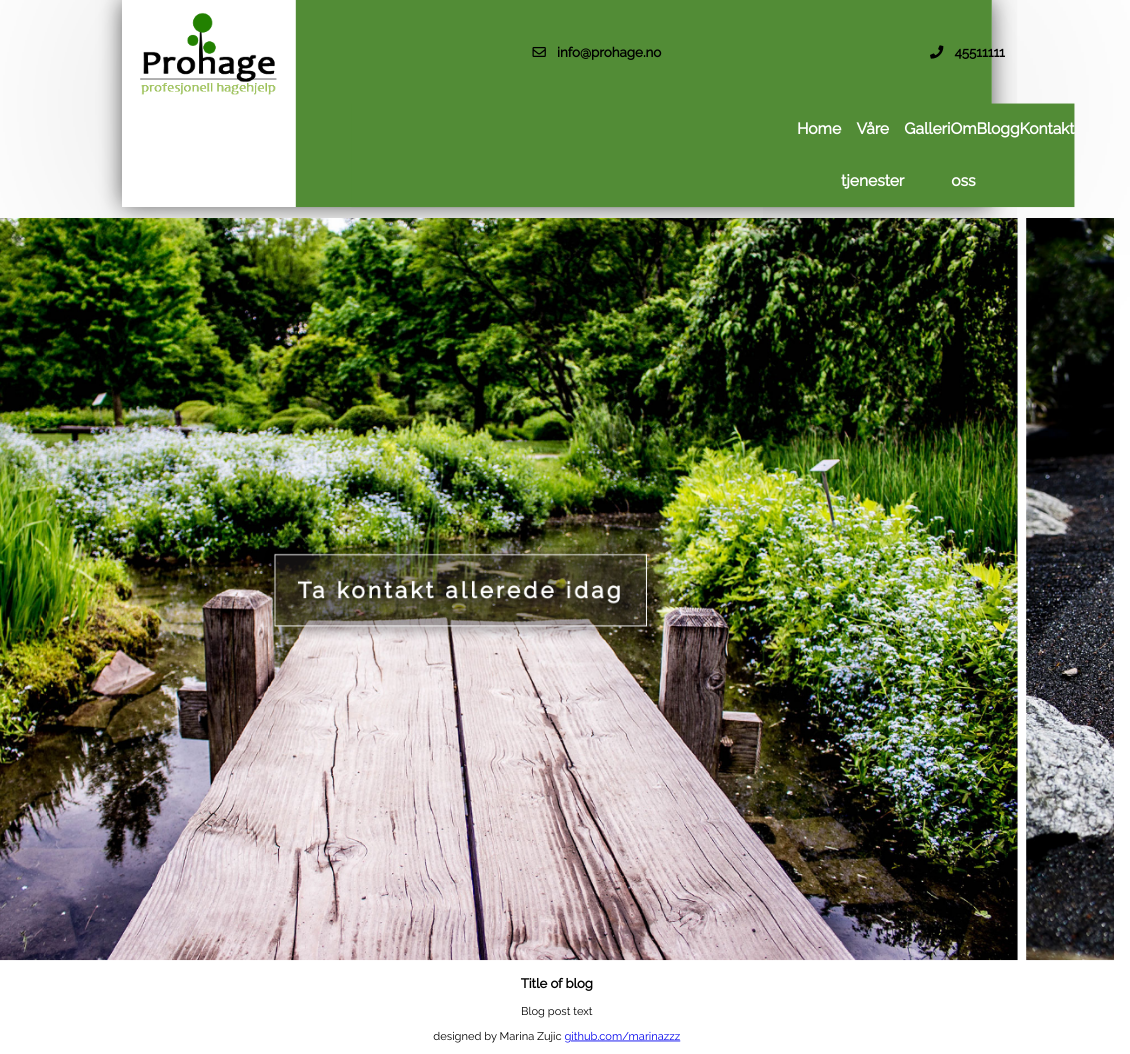
Repository: marinazzz/garden-design-website
Page: index.html
The author's editor kept a copy of each file at every save. The page is drawn from the files as they stood at one save, then again after the next save.
The browser window is 1280 px wide. The page is 1299 px wide, then 1280 px, so the pictures cover 1299 px, including what lies to the right of the window. The pictures show the whole page, at 87% of full size.

Above is the page before, as saved 2020-03-31 08:31:39.

After the next save:
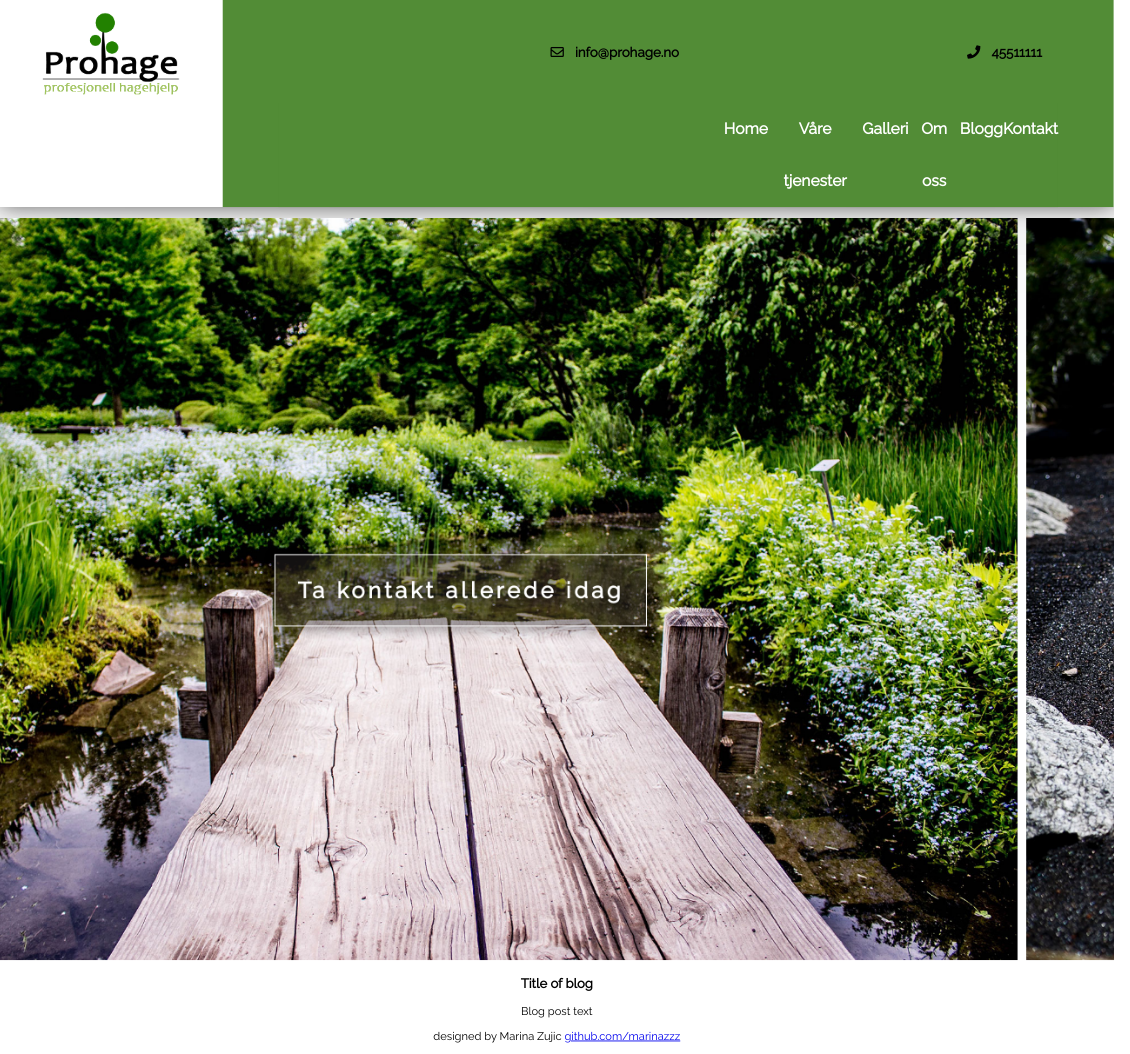
Saved 2 min 37 s later.
--- a/CSS/min-width-992px.css
+++ b/CSS/min-width-992px.css
@@ -10,7 +10,7 @@
     }*/
 
     .container__menu {
-        max-width: 1000px;
+        max-width: 1500px;
         margin: 0 auto;
     }
 
@@ -18,10 +18,16 @@
         width: auto;
     }
 
+    .container__item > a:first-of-type {
+        padding: 0 13rem;
+    }
+
     .container__item-bottom,
     .container__items {
         padding: 0;
     }
+
+
 
     #menu,
     .container__item {
